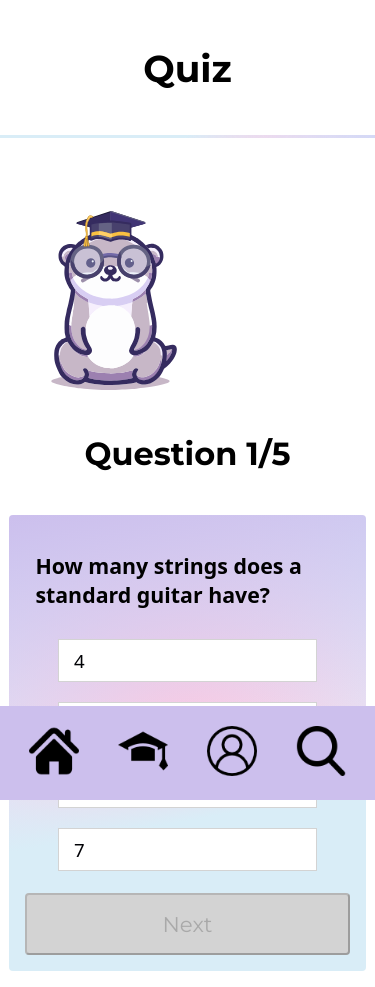
Repository: 1medi/pocketprof
Page: /quiz/page
The author's editor kept a copy of each file at every save. The page is drawn from the files as they stood at one save, then again after the next save.
The browser window is 375 px wide. The pictures show the whole page.
The project was rebuilt for these pictures with package versions that can differ from the ones it lists, and the page was loaded fresh each time. The framework's server and built-in components were replaced by stand-ins that run in the browser. Also part of the build but not shown: next.config.mjs, Components/Buttons/Oscar/Oscar.module.css, Components/Buttons/Oscar/index.js.

Above is the page before, as saved 2024-04-13 23:07:20.

After the next save:
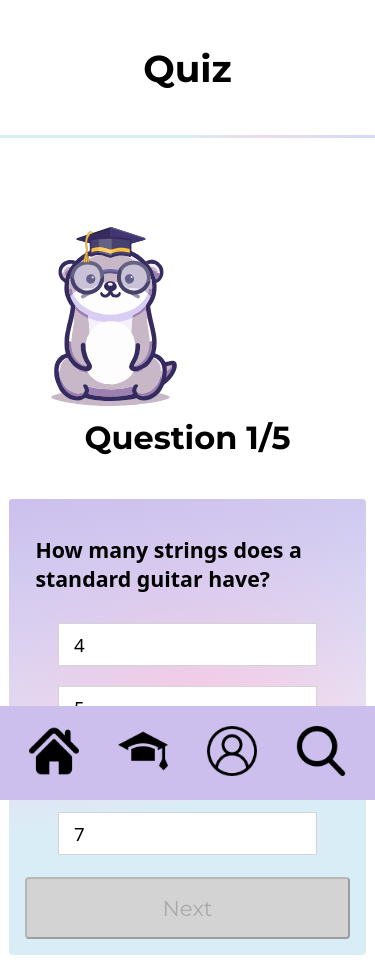
Saved 89 s later.
--- a/pages/quiz/page.module.css
+++ b/pages/quiz/page.module.css
@@ -135,7 +135,7 @@
 }
 
 .oscar{
-  position:relative;
+  float:left;
 }
 
 .oscarBox{
